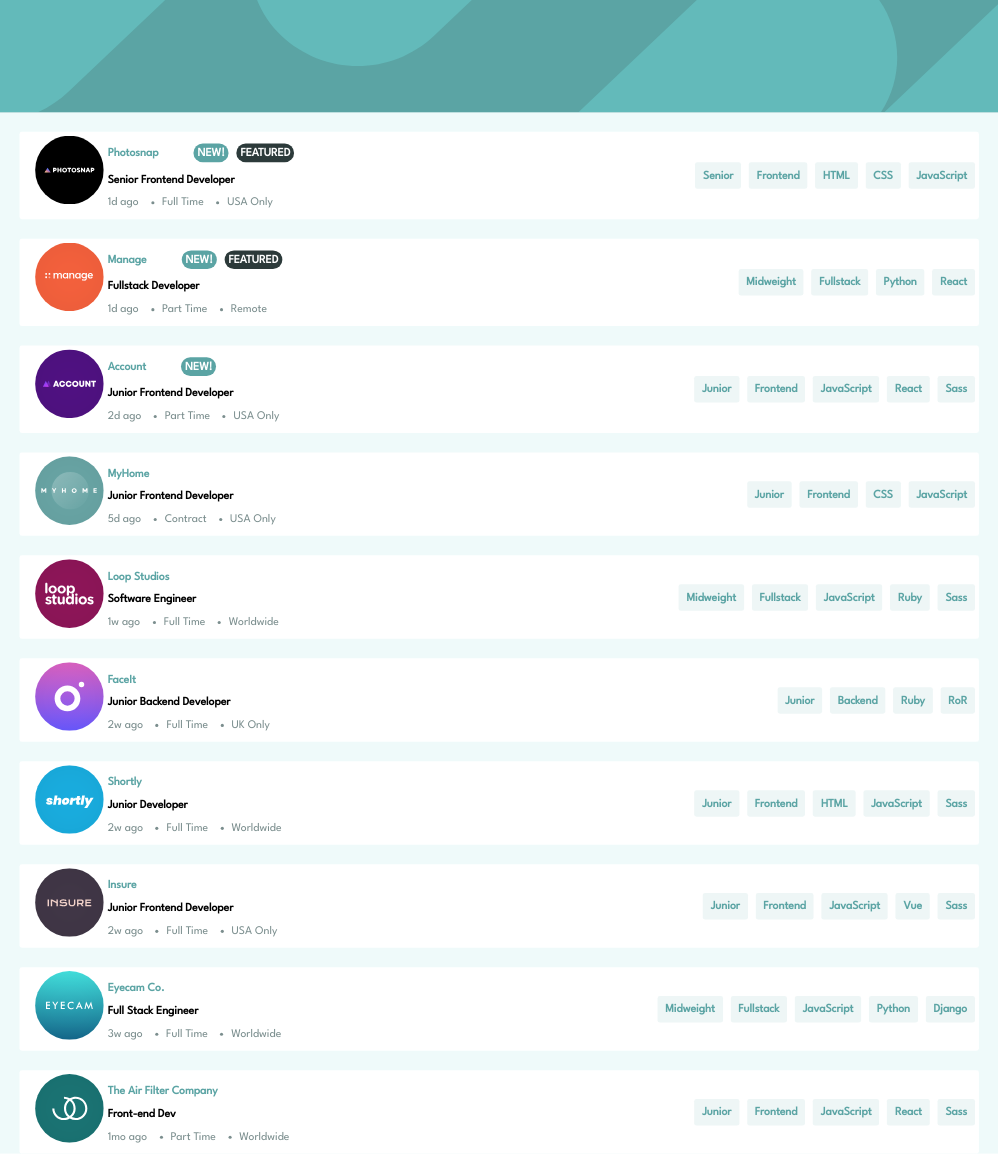
Repository: DevLaukey/job-listing
Page: /
These files come from the project's save history. The page is drawn as it stood at one moment and after the next save; the edit follows.
The browser window is 1280 px wide. The pictures show the whole page, at 78% of full size.
Some web fonts or font styles are not loaded; a fallback is used. The project was rebuilt for these pictures with package versions that can differ from the ones it lists, and the page was loaded fresh each time. Also part of the build but not shown: src/components/Filter.js, src/components/JobItem.js.

Above is the page before, as saved 2022-06-05 23:58:59.

### src/App.js
import { useState } from "react";
import "./App.css";
import Filter from "./components/Filter";
import Header from "./components/Header";
import JobItem from "./components/JobItem";
import Tablet from "./components/Tablet";
import data from "./data.json";

function App() {
  const [tagList, setTagList] = useState([]);


    function filterTag(e) {
      if (tagList.length === 0) {
        return true;
      } else {
        let jobTags = [e.role, e.level, ...e.languages, ...e.tools];

        return tagList.every((tag) => jobTags.includes(tag));
      }
    }
  // const tablets = data.map((data) =>
  // (<Tablet
  //   key={data.id}
  //   company={data.company}
  //   neew={data.new}
  //   featured={data.featured}
  //   position={data.position}
  //   role={data.role}
  //   level={data.level}
  //   postedAt={data.postedAt}
  //   contract={data.contract}
  //   location={data.location}
  //   languages={data.languages}
  //   tools={data.tools}
  //   logo={data.logo} />));


  return (
    <div className="App">
      <Header />

      {data
        .filter((e) => filterTag(e))
        .map((e, id) => (
          <Tablet onClick={setTagList} tagList={tagList} key={id} data={e} />
        ))}
      {/* <Filter />
      <div className="content">{tablets}</div> */}
    </div>
  );
}

export default App;

### src/App.css
@import url('https://fonts.googleapis.com/css2?family=Grape+Nuts&family=League+Spartan&display=swap');
*{
  margin: 0;
  padding: 0;
  box-sizing: border-box;
}
.App{
  background-color: hsl(180, 52%, 96%);
  font-size: 15px;
}

### src/components/Header.js
import React from 'react'
import "./styles.css"

function Header() {
  return (
    <header className='header'></header>
  )
}

export default Header

### src/components/Tablet.js
import "./styles.css";

function Tablet(props) {
    let {logo, company, featured, position, postedAt, contract, location,level, role, languages, tools} = props.data;

  let neew = props.data.new;
  return (
    <div className="tablet ">
      <div className="tablet_content">
        <div className="desktop">
          <img className="image" src={logo} alt="" />
          <div className="block">
            <div className="heading">
              <div className="company">
                <p>{company}</p>
              </div>
              <div>{neew && <p className="new">NEW!</p>}</div>
              <div>{featured && <p className="featured">FEATURED</p>}</div>
            </div>

            <div className="title">
              <p>{position}</p>
            </div>
            <div className="details">
              <p>{postedAt}</p>
              <ul className="list">
                <li>{contract}</li>
                <li className="country">{location}</li>
              </ul>
            </div>
          </div>
        </div>
        <hr className="line" />
      </div>
      <div className="tags">
        <p className="category">{level}</p>
        <p className="category">{role}</p>
        {languages.map((language) => (
          <p key={language} className="category" id="category">
            {language}
          </p>
        ))}
        {tools.map((tool) => (
          <p key={tool} className="category" id="category">
            {tool}
          </p>
        ))}
      </div>
    </div>
  );
}

export default Tablet;

### src/components/styles.css
.header {
  background-image: url(../assets/bg-header-mobile.svg);
  padding: 10vh;
  background-color: hsl(180, 29%, 50%);
}
.tablet {
  background-color: white;
  margin: 25px 25px 20px 25px;
  font-family: "League Spartan", sans-serif;
  border-radius: 3px;
  font-weight: 700;
}
.tablet:hover {
  transition: 0.2s ease-in-out;
  border-left: 3px solid hsl(180, 29%, 50%);
}
.tablet_content {
  margin-left: 15px;
  margin-right: 30px;
  align-items: center;
}
.image {
  height: 50px;
  margin-top: -20px;
}
.heading {
  margin-top: 15px;
  display: flex;
}
.company {
  color: hsl(180, 29%, 50%);
  margin-right: 3em;
  margin-top: 5px;
}
.new {
  background-color: hsl(180, 29%, 50%);
  padding: 5px;
  color: white;
  border-radius: 25px;
  margin-right: 10px;
}
.featured {
  background-color: hsl(180, 14%, 20%);
  padding: 5px;
  color: white;
  border-radius: 25px;
}
.title {
  margin-top: 15px;
}
.title:hover {
  cursor: pointer;
  color: hsl(180, 29%, 50%);
}
.details {
  display: flex;
  color: hsl(180, 8%, 52%);
  font-weight: 400;
  margin-top: 15px;
  margin-bottom: 15px;
}
.list {
  display: flex;
  margin-left: 2em;
}
.country {
  margin-left: 2em;
}
.line {
  margin-bottom: 15px;
  color: gray;
}
.tags {
  color: hsl(180, 29%, 50%);
  display: flex;
  flex-wrap: wrap;
}
.category {
  background-color: hsl(180, 31%, 95%);
  padding: 10px;
  border-radius: 3px;
  margin: 5px;
}

.filter {
  display: flex;
  padding: 10px;
  border-radius: 3px;
  margin: -20px 20px 5px 20px;
  flex-wrap: wrap;
  justify-content: space-between;
}
.option {
  background-color: hsl(180, 31%, 95%);
  color: hsl(180, 29%, 50%);
  display: flex;
  align-items: center;
  width: fit-content;
  margin-bottom: 15px;
}
.front-end {
  padding: 5px;
}
.icon {
  margin-left: 10px;
  flex-grow: 1;
  height: 100%;
  padding: 5px;
  background-color: hsl(180, 29%, 50%);
}
.icon:hover {
  background-color: hsl(180, 14%, 20%);
  transition: 0.2s ease-in-out;
}
.clear {
  color: hsl(180, 29%, 50%);
}
.clear:hover {
  cursor: pointer;
  padding: 3px;
  text-decoration: underline;
  transition: 0.2s ease-in-out;
}
.desktop {
  display: block;
}
.category:hover {
  transition: 0.2s ease-in-out;
  cursor: pointer;
  background-color: hsl(180, 29%, 50%);
  color: white;
}
/* media query */

@media screen and (min-width: 768px) {
  .header {
    background-image: url(../assets/bg-header-desktop.svg);
  }
  .line {
    display: none;
  }
  .tablet {
    display: flex;
    align-items: center;
    justify-content: space-between;
  }
  .desktop {
    display: flex;
  }
  .image {
    margin: 0;
    padding: 5px;
    height: 100%;
  }
}

### src/components/Tagbox.js
import React from 'react'

function Tagbox() {
  return (
    <div>Tagbox</div>
  )
}

export default Tagbox

Loaded but not shown: public/index.html (common file); src/index.js (common file); src/index.css (common file); src/reportWebVitals.js (common file); src/data.json (common file)

After the next save:
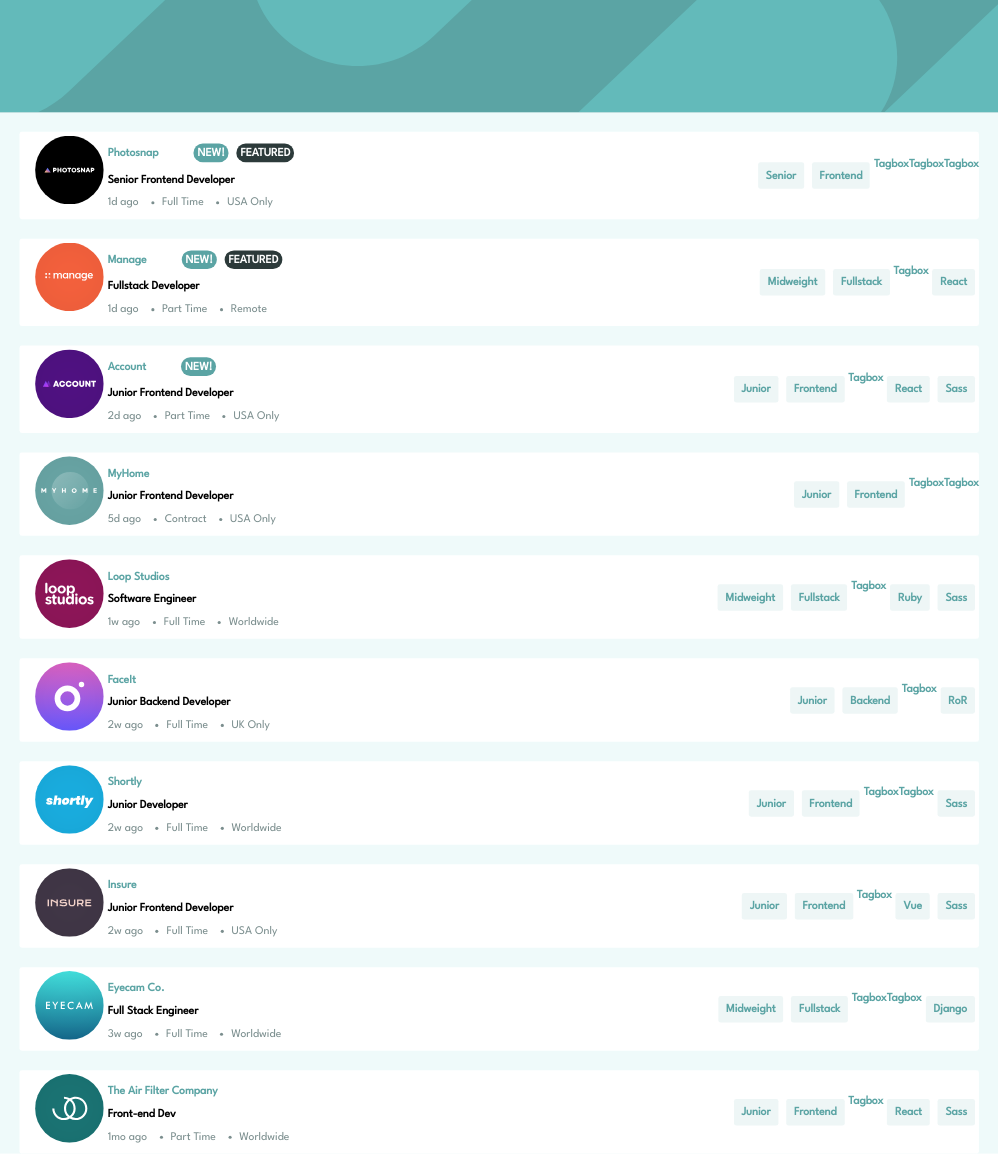
Saved 16 s later.
--- a/src/components/Tablet.js
+++ b/src/components/Tablet.js
@@ -1,4 +1,5 @@
 import "./styles.css";
+import Tagbox from "./Tagbox";
 
 function Tablet(props) {
     let {logo, company, featured, position, postedAt, contract, location,level, role, languages, tools} = props.data;
@@ -35,10 +36,13 @@ function Tablet(props) {
       <div className="tags">
         <p className="category">{level}</p>
         <p className="category">{role}</p>
-        {languages.map((language) => (
-          <p key={language} className="category" id="category">
-            {language}
-          </p>
+        {languages.map((e, id) => (
+          <Tagbox
+            onClick={props.onClick}
+            tagList={props.tagList}
+            key={`${id}_${id}_languages`}
+            tagName={e}
+          />
         ))}
         {tools.map((tool) => (
           <p key={tool} className="category" id="category">
